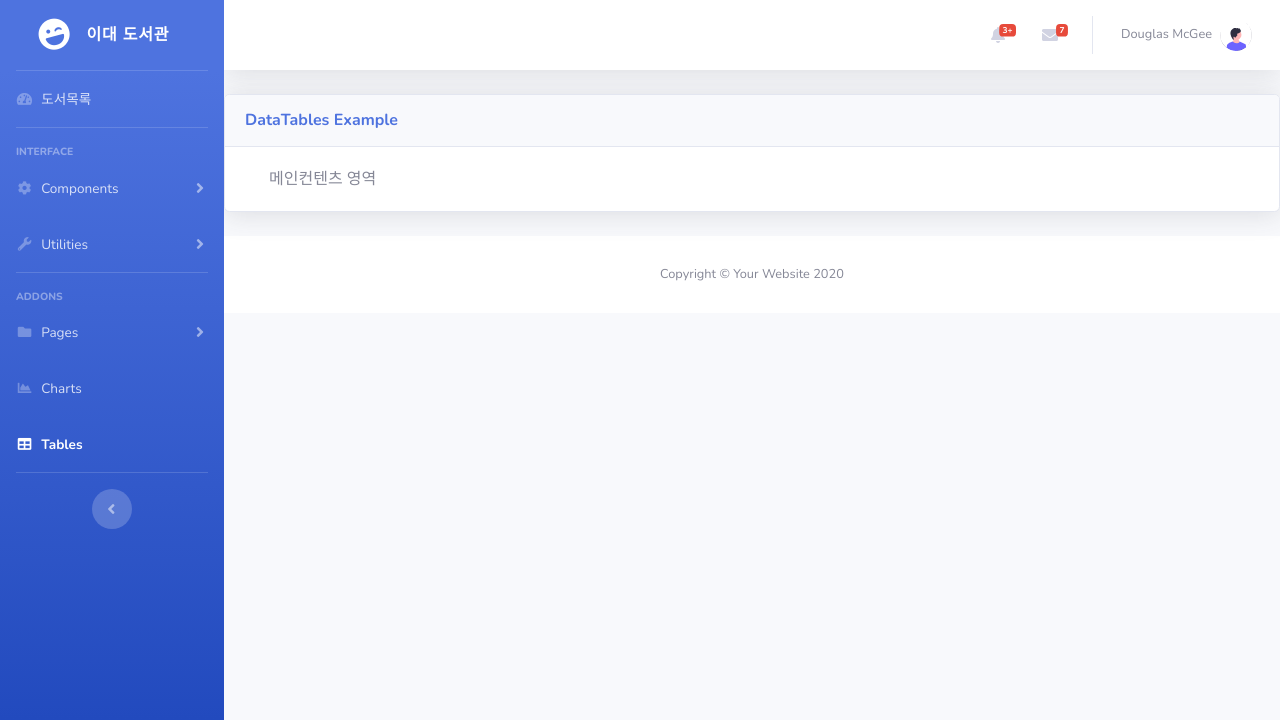
Repository: allely/spring
Page: http://localhost/jsp/book/reg.jsp
These files come from the project's save history. The page is drawn as it stood at one moment and after the next save; the edit follows.
The browser window is 1280 px wide. The pictures show the whole page.
The page is served by Tomcat 9.

Above is the page before, as saved 2023-11-27 01:33:58.

After the next save:
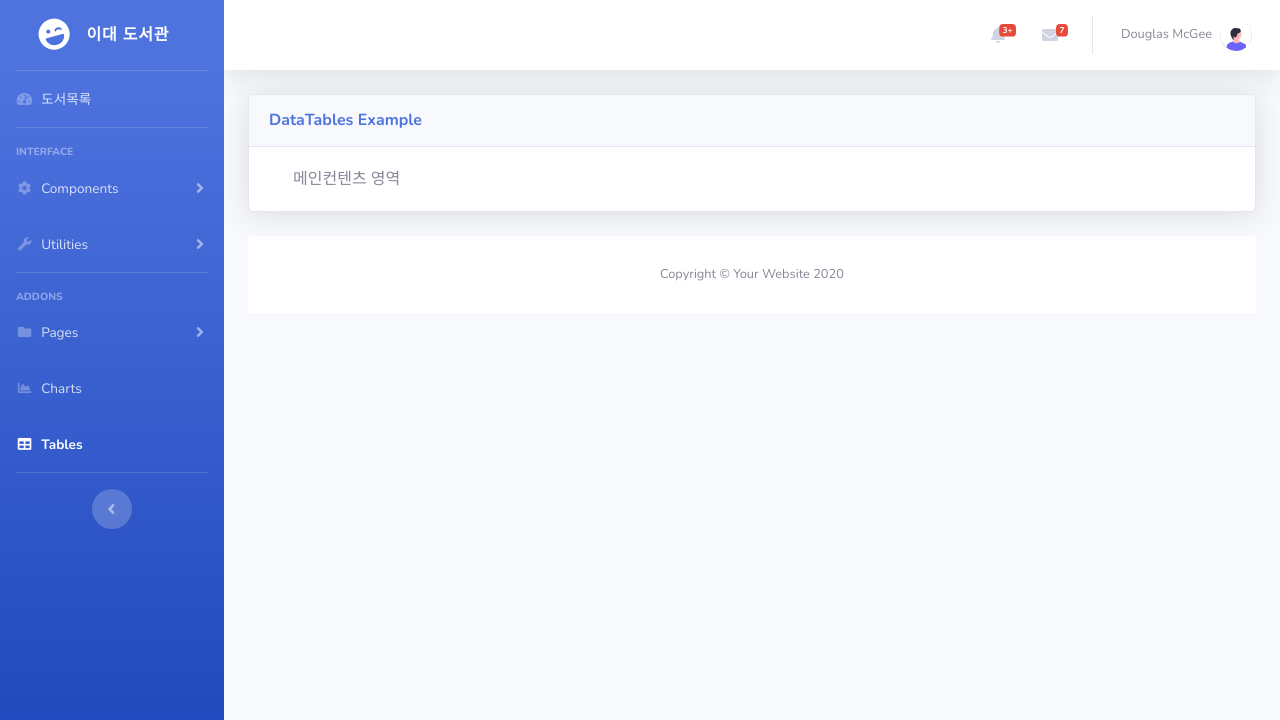
Saved 37 s later.
--- a/2. 서블릿 & JSP/jsp/jsp/src/main/webapp/book/reg.jsp
+++ b/2. 서블릿 & JSP/jsp/jsp/src/main/webapp/book/reg.jsp
@@ -11,7 +11,7 @@
 	<%@include file="/header.jsp" %>
 
 	<!-- 메인컨텐츠 영역 시작-->
-	<!-- DataTales Example -->
+	<div class="container-fluid">
 			<div class="card shadow mb-4">
 				<div class="card-header py-3">
 					<h6 class="m-0 font-weight-bold text-primary">DataTables
